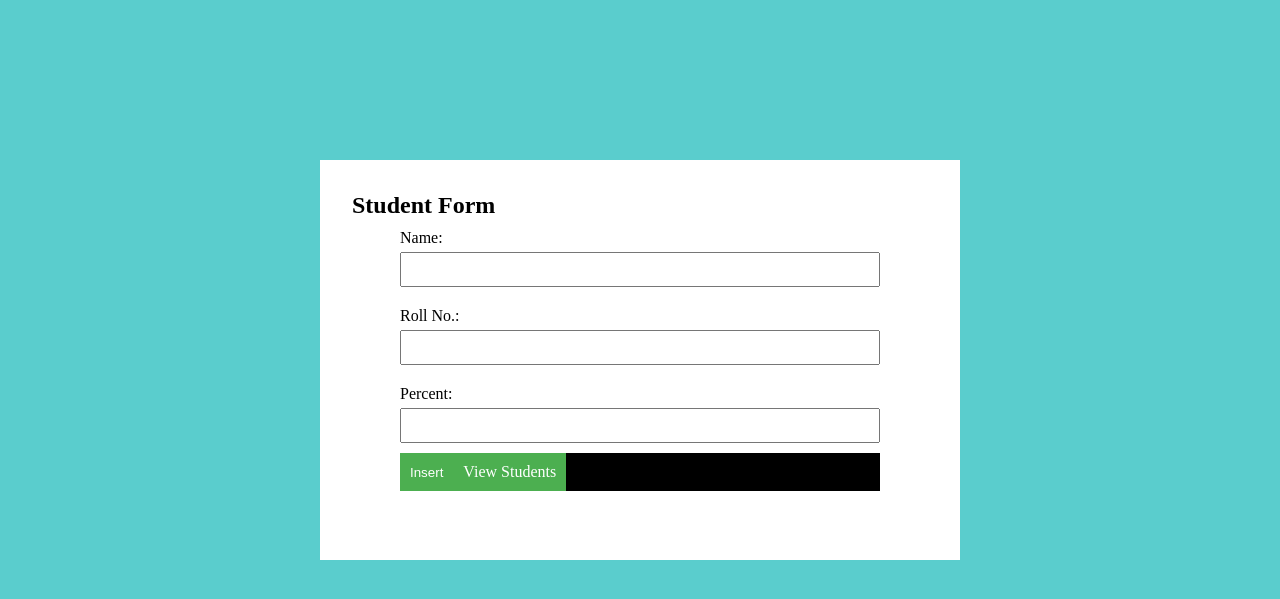
Repository: deeptimahisare1206/Todo_List
Page: http://localhost/Hib_Nest/
An editor plug-in stored every save of this project. The page is shown before and after the next save, followed by the edit.
The browser window is 1280 px wide. The pictures show the whole page.
The page is served by Tomcat 10.

Above is the page before, as saved 2024-11-17 16:11:38.

After the next save:
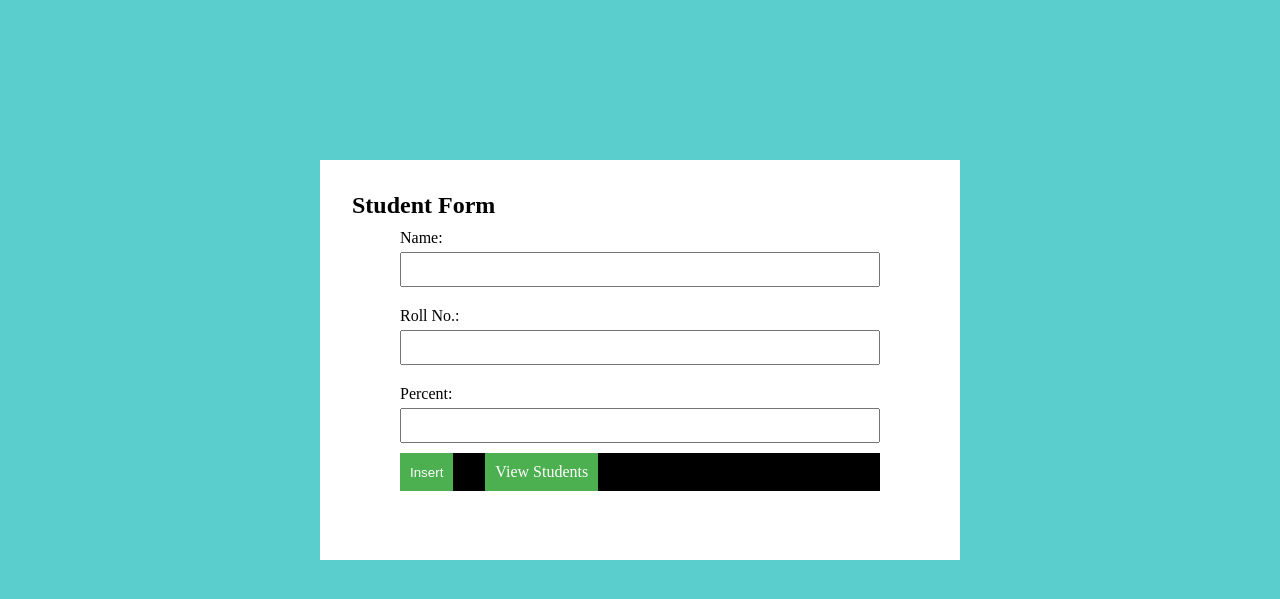
Saved 14 s later.
--- a/Hib_Nest/src/main/webapp/index.jsp
+++ b/Hib_Nest/src/main/webapp/index.jsp
@@ -57,6 +57,7 @@ input[type="submit"]:hover {
 width: 100%;
 background-color: black;
 display: flex;
+gap:2rem;
 }
 </style>
 </head>
